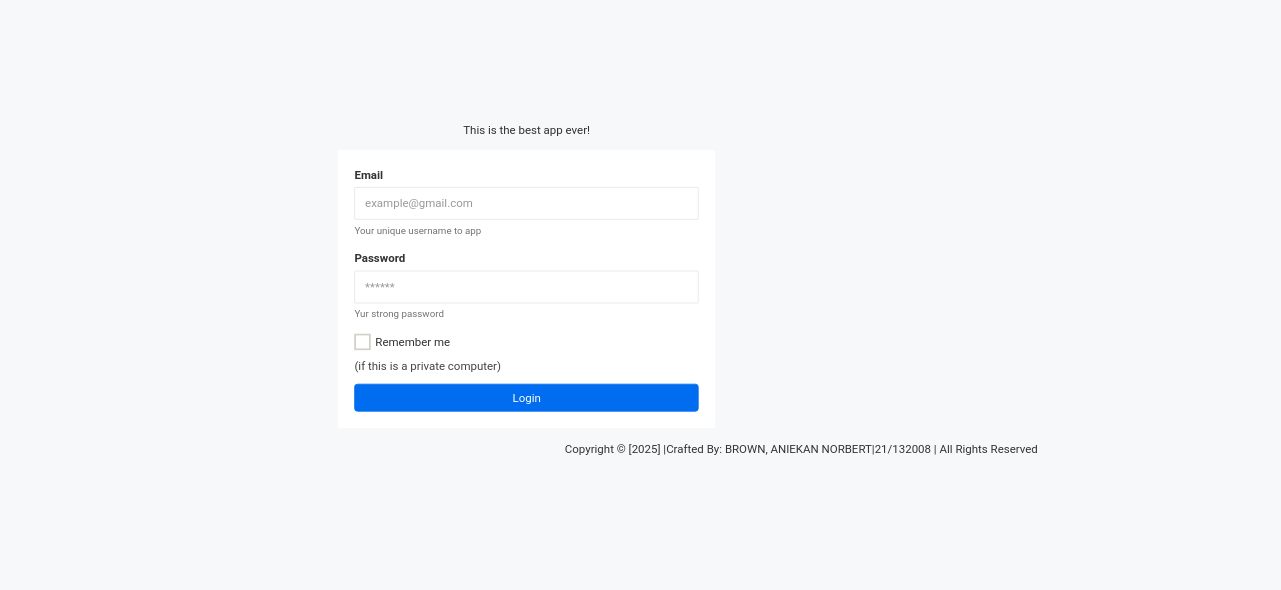
Repository: walterjnr1/crowdfunding-system
Page: http://localhost/Admin/login.php
These files come from the project's save history. The page is drawn as it stood at one moment and after a run of saves; the edit follows.
The browser window is 1280 px wide. The page is 1562 px wide, then 1280 px, so the pictures cover 1562 px, including what lies to the right of the window. The pictures show the whole page, at 82% of full size.
Some web fonts or font styles are not loaded; a fallback is used. The page is run by PHP 8.4 with error messages shown; the project is at /var/www/html/. Other server files are loaded and not shown.

Above is the page before, as saved 2025-02-20 12:05:10.

### Admin/login.php
<!doctype html>
<html class="no-js" lang="en">

<head>
    <meta charset="utf-8">
    <meta http-equiv="x-ua-compatible" content="ie=edge">
    <title>Login</title>
    <meta name="description" content="">
    <meta name="viewport" content="width=device-width, initial-scale=1">
    <!-- favicon
		============================================ -->
    <link rel="icon" type="image/png" sizes="16x16" href="../uploadImage/Logo/logo.png">
    <!-- Google Fonts
		============================================ -->
    <link href="https://fonts.googleapis.com/css?family=Play:400,700" rel="stylesheet">
    <!-- Bootstrap CSS
		============================================ -->
    <link rel="stylesheet" href="css/bootstrap.min.css">
    <!-- Bootstrap CSS
		============================================ -->
    <link rel="stylesheet" href="css/font-awesome.min.css">
    <!-- owl.carousel CSS
		============================================ -->
    <link rel="stylesheet" href="css/owl.carousel.css">
    <link rel="stylesheet" href="css/owl.theme.css">
    <link rel="stylesheet" href="css/owl.transitions.css">
    <!-- animate CSS
		============================================ -->
    <link rel="stylesheet" href="css/animate.css">
    <!-- normalize CSS
		============================================ -->
    <link rel="stylesheet" href="css/normalize.css">
    <!-- main CSS
		============================================ -->
    <link rel="stylesheet" href="css/main.css">
    <!-- morrisjs CSS
		============================================ -->
    <link rel="stylesheet" href="css/morrisjs/morris.css">
    <!-- mCustomScrollbar CSS
		============================================ -->
    <link rel="stylesheet" href="css/scrollbar/jquery.mCustomScrollbar.min.css">
    <!-- metisMenu CSS
		============================================ -->
    <link rel="stylesheet" href="css/metisMenu/metisMenu.min.css">
    <link rel="stylesheet" href="css/metisMenu/metisMenu-vertical.css">
    <!-- calendar CSS
		============================================ -->
    <link rel="stylesheet" href="css/calendar/fullcalendar.min.css">
    <link rel="stylesheet" href="css/calendar/fullcalendar.print.min.css">
    <!-- forms CSS
		============================================ -->
    <link rel="stylesheet" href="css/form/all-type-forms.css">
    <!-- style CSS
		============================================ -->
    <link rel="stylesheet" href="style.css">
    <!-- responsive CSS
		============================================ -->
    <link rel="stylesheet" href="css/responsive.css">
    <!-- modernizr JS
		============================================ -->
    <script src="js/vendor/modernizr-2.8.3.min.js"></script>
</head>

<body>
    <!--[if lt IE 8]>
		<p class="browserupgrade">You are using an <strong>outdated</strong> browser. Please <a href="http://browsehappy.com/">upgrade your browser</a> to improve your experience.</p>
	<![endif]-->
	<div class="error-pagewrap">
		<div class="error-page-int">
			<div class="text-center m-b-md custom-login">
				<p>This is the best app ever!</p>
			</div>
			<div class="content-error">
				<div class="hpanel">
                    <div class="panel-body">
                        <form action="#" id="loginForm">
                            <div class="form-group">
                                <label class="control-label" for="username">Email</label>
                                <input type="text" placeholder="example@gmail.com" title="Please enter you username" required="" value="" name="username" id="username" class="form-control">
                                <span class="help-block small">Your unique username to app</span>
                            </div>
                            <div class="form-group">
                                <label class="control-label" for="password">Password</label>
                                <input type="password" title="Please enter your password" placeholder="******" required="" value="" name="password" id="password" class="form-control">
                                <span class="help-block small">Yur strong password</span>
                            </div>
                            <div class="checkbox login-checkbox">
                                <label>
										<input type="checkbox" class="i-checks"> Remember me </label>
                                <p class="help-block small">(if this is a private computer)</p>
                            </div>
                            <button class="btn btn-success btn-block loginbtn">Login</button>
                        </form>
                    </div>
                </div>
			</div>
			<div class="text-center login-footer">
<?php include('../inc/footer.php');?>
			</div>
		</div>
    </div>
    <!-- jquery
		============================================ -->
    <script src="js/vendor/jquery-1.12.4.min.js"></script>
    <!-- bootstrap JS
		============================================ -->
    <script src="js/bootstrap.min.js"></script>
    <!-- wow JS
		============================================ -->
    <script src="js/wow.min.js"></script>
    <!-- price-slider JS
		============================================ -->
    <script src="js/jquery-price-slider.js"></script>
    <!-- meanmenu JS
		============================================ -->
    <script src="js/jquery.meanmenu.js"></script>
    <!-- owl.carousel JS
		============================================ -->
    <script src="js/owl.carousel.min.js"></script>
    <!-- sticky JS
		============================================ -->
    <script src="js/jquery.sticky.js"></script>
    <!-- scrollUp JS
		============================================ -->
    <script src="js/jquery.scrollUp.min.js"></script>
    <!-- mCustomScrollbar JS
		============================================ -->
    <script src="js/scrollbar/jquery.mCustomScrollbar.concat.min.js"></script>
    <script src="js/scrollbar/mCustomScrollbar-active.js"></script>
    <!-- metisMenu JS
		============================================ -->
    <script src="js/metisMenu/metisMenu.min.js"></script>
    <script src="js/metisMenu/metisMenu-active.js"></script>
    <!-- tab JS
		============================================ -->
    <script src="js/tab.js"></script>
    <!-- icheck JS
		============================================ -->
    <script src="js/icheck/icheck.min.js"></script>
    <script src="js/icheck/icheck-active.js"></script>
    <!-- plugins JS
		============================================ -->
    <script src="js/plugins.js"></script>
    <!-- main JS
		============================================ -->
    <script src="js/main.js"></script>
    <!-- tawk chat JS
		============================================ -->
    <script src="js/tawk-chat.js"></script>
</body>

</html>

### inc/footer.php
<footer class="footer">
        <div class="container">
            <p class="m-0"> Copyright &copy; [<?php echo date("Y")?>] |Crafted By: BROWN, ANIEKAN NORBERT|21/132008 | All Rights Reserved </p>
        </div>
    </footer>

### Admin/css/main.css
/*! HTML5 Boilerplate v5.2.0 | MIT License | https://html5boilerplate.com/ */

/*
 * What follows is the result of much research on cross-browser styling.
 * Credit left inline and big thanks to Nicolas Gallagher, Jonathan Neal,
 * Kroc Camen, and the H5BP dev community and team.
 */

/* ==========================================================================
   Base styles: opinionated defaults
   ========================================================================== */

html {
    color: #222;
    font-size: 1em;
    line-height: 1.4;
}

/*
 * Remove text-shadow in selection highlight:
 * https://twitter.com/miketaylr/status/12228805301
 *
 * These selection rule sets have to be separate.
 * Customize the background color to match your design.
 */

::-moz-selection {
    background: #b3d4fc;
    text-shadow: none;
}

::selection {
    background: #b3d4fc;
    text-shadow: none;
}

/*
 * A better looking default horizontal rule
 */

hr {
    display: block;
    height: 1px;
    border: 0;
    border-top: 1px solid #ccc;
    margin: 1em 0;
    padding: 0;
}

/*
 * Remove the gap between audio, canvas, iframes,
 * images, videos and the bottom of their containers:
 * https://github.com/h5bp/html5-boilerplate/issues/440
 */

audio,
canvas,
iframe,
img,
svg,
video {
    vertical-align: middle;
}

/*
 * Remove default fieldset styles.
 */

fieldset {
    border: 0;
    margin: 0;
    padding: 0;
}

/*
 * Allow only vertical resizing of textareas.
 */

textarea {
    resize: vertical;
}

/* ==========================================================================
   Browser Upgrade Prompt
   ========================================================================== */

.browserupgrade {
    margin: 0.2em 0;
    background: #ccc;
    color: #000;
    padding: 0.2em 0;
}

/* ==========================================================================
   Author's custom styles
   ========================================================================== */

















/* ==========================================================================
   Helper classes
   ========================================================================== */

/*
 * Hide visually and from screen readers:
 */

.hidden {
    display: none !important;
}

/*
 * Hide only visually, but have it available for screen readers:
 * http://snook.ca/archives/html_and_css/hiding-content-for-accessibility
 */

.visuallyhidden {
    border: 0;
    clip: rect(0 0 0 0);
    height: 1px;
    margin: -1px;
    overflow: hidden;
    padding: 0;
    position: absolute;
    width: 1px;
}

/*
 * Extends the .visuallyhidden class to allow the element
 * to be focusable when navigated to via the keyboard:
 * https://www.drupal.org/node/897638
 */

.visuallyhidden.focusable:active,
.visuallyhidden.focusable:focus {
    clip: auto;
    height: auto;
    margin: 0;
    overflow: visible;
    position: static;
    width: auto;
}

/*
 * Hide visually and from screen readers, but maintain layout
 */

.invisible {
    visibility: hidden;
}

/*
 * Clearfix: contain floats
 *
 * For modern browsers
 * 1. The space content is one way to avoid an Opera bug when the
 *    `contenteditable` attribute is included anywhere else in the document.
 *    Otherwise it causes space to appear at the top and bottom of elements
 *    that receive the `clearfix` class.
 * 2. The use of `table` rather than `block` is only necessary if using
 *    `:before` to contain the top-margins of child elements.
 */

.clearfix:before,
.clearfix:after {
    content: " "; /* 1 */
    display: table; /* 2 */
}

.clearfix:after {
    clear: both;
}

/* ==========================================================================
   EXAMPLE Media Queries for Responsive Design.
   These examples override the primary ('mobile first') styles.
   Modify as content requires.
   ========================================================================== */

@media only screen and (min-width: 35em) {
    /* Style adjustments for viewports that meet the condition */
}

@media print,
       (-webkit-min-device-pixel-ratio: 1.25),
       (min-resolution: 1.25dppx),
       (min-resolution: 120dpi) {
    /* Style adjustments for high resolution devices */
}

/* ==========================================================================
   Print styles.
   Inlined to avoid the additional HTTP request:
   http://www.phpied.com/delay-loading-your-print-css/
   ========================================================================== */

@media print {
    *,
    *:before,
    *:after {
        background: transparent !important;
        color: #000 !important; /* Black prints faster:
                                   http://www.sanbeiji.com/archives/953 */
        box-shadow: none !important;
        text-shadow: none !important;
    }

    a,
    a:visited {
        text-decoration: underline;
    }

    a[href]:after {
        content: " (" attr(href) ")";
    }

    abbr[title]:after {
        content: " (" attr(title) ")";
    }

    /*
     * Don't show links that are fragment identifiers,
     * or use the `javascript:` pseudo protocol
     */

    a[href^="#"]:after,
    a[href^="javascript:"]:after {
        content: "";
    }

    pre,
    blockquote {
        border: 1px solid #999;
        page-break-inside: avoid;
    }

    /*
     * Printing Tables:
     * http://css-discuss.incutio.com/wiki/Printing_Tables
     */

    thead {
        display: table-header-group;
    }

    tr,
    img {
        page-break-inside: avoid;
    }

    img {
        max-width: 100% !important;
    }

    p,
    h2,
    h3 {
        orphans: 3;
        widows: 3;
    }

    h2,
    h3 {
        page-break-after: avoid;
    }
}

### Admin/css/metisMenu/metisMenu-vertical.css
.sidebar-nav {
    background: #fff;
}
.sidebar-nav ul {
    padding: 0;
    margin: 0;
    list-style: none;
    background: #f5f5f5;
}
.sidebar-nav .metismenu {
    background: #fff;
    display: -webkit-box;
    display: -ms-flexbox;
    display: flex;
    -webkit-box-orient: vertical;
    -webkit-box-direction: normal;
    -ms-flex-direction: column;
    flex-direction: column;
}
.sidebar-nav .metismenu li + li {
  margin-top: 5px;
}
.sidebar-nav .metismenu li:last-child {
  margin-bottom: 5px;
}
.sidebar-nav .metismenu > li {
/*    -webkit-box-flex: 1;
    -ms-flex: 1 1 0%;
    flex: 1 1 0%;*/
    display: -webkit-box;
    display: -ms-flexbox;
    display: flex;
    -webkit-box-orient: vertical;
    -webkit-box-direction: normal;
    -ms-flex-direction: column;
    flex-direction: column;
    position: relative;
}
.sidebar-nav .metismenu a {
    position: relative;
    display: block;
    padding: 13px 15px;
    color: #444;
    outline-width: 0;
    transition: all .3s ease-out;
	font-size:16px;
	font-weight:400;
}

.sidebar-nav .metismenu ul a {
    padding: 10px 15px 10px 40px;
}

.sidebar-nav .metismenu ul ul a {
    padding: 10px 15px 10px 45px;
}
.sidebar-nav .metismenu a:hover,
.sidebar-nav .metismenu a:focus,
.sidebar-nav .metismenu a:active {
    color: #555;
    text-decoration: none;
    background: #e12503;
}
.sidebar-nav .metismenu li .icon-wrap{
	margin-right:5px;
	font-size:20px;
	color:#303030;
}
.sidebar-nav .metismenu li .sub-icon-mg{
	margin-right:5px;
	font-size:16px;
}
#sidebar.active .metismenu li .mini-click-non{
	display:none;
}
#sidebar.active .metismenu li .has-arrow:after{
	display:none;
}
#sidebar.active .metismenu li .submenu-angle li a {
    padding: 10px 20px 10px 20px;
}

Loaded but not shown: Admin/css/bootstrap.min.css (library); Admin/css/font-awesome.min.css (library); Admin/css/owl.carousel.css (common file); Admin/css/owl.theme.css (common file); Admin/css/owl.transitions.css (library); Admin/css/animate.css (library); Admin/css/normalize.css (library); Admin/css/morrisjs/morris.css (common file); Admin/css/scrollbar/jquery.mCustomScrollbar.min.css (library); Admin/css/metisMenu/metisMenu.min.css (common file); Admin/css/calendar/fullcalendar.min.css (library); Admin/css/calendar/fullcalendar.print.min.css (common file); Admin/css/form/all-type-forms.css (library); Admin/js/bootstrap.min.js (library); Admin/js/wow.min.js (library); Admin/js/jquery-price-slider.js (library); Admin/js/jquery.meanmenu.js (library); Admin/js/owl.carousel.min.js (library); Admin/js/jquery.sticky.js (library); Admin/js/jquery.scrollUp.min.js (common file); Admin/js/scrollbar/jquery.mCustomScrollbar.concat.min.js (library); Admin/js/metisMenu/metisMenu.min.js (library); Admin/js/metisMenu/metisMenu-active.js (common file); Admin/js/icheck/icheck.min.js (library); Admin/js/icheck/icheck-active.js (common file); Admin/js/tawk-chat.js (common file); Admin/js/tab.js (155 lines, source omitted); Admin/js/main.js (100 lines, source omitted); Admin/js/scrollbar/mCustomScrollbar-active.js (58 lines, source omitted); Admin/js/plugins.js (24 lines, source omitted); Admin/style.css (4721 lines, source omitted); Admin/css/responsive.css (755 lines, source omitted)

After the next 3 saves:
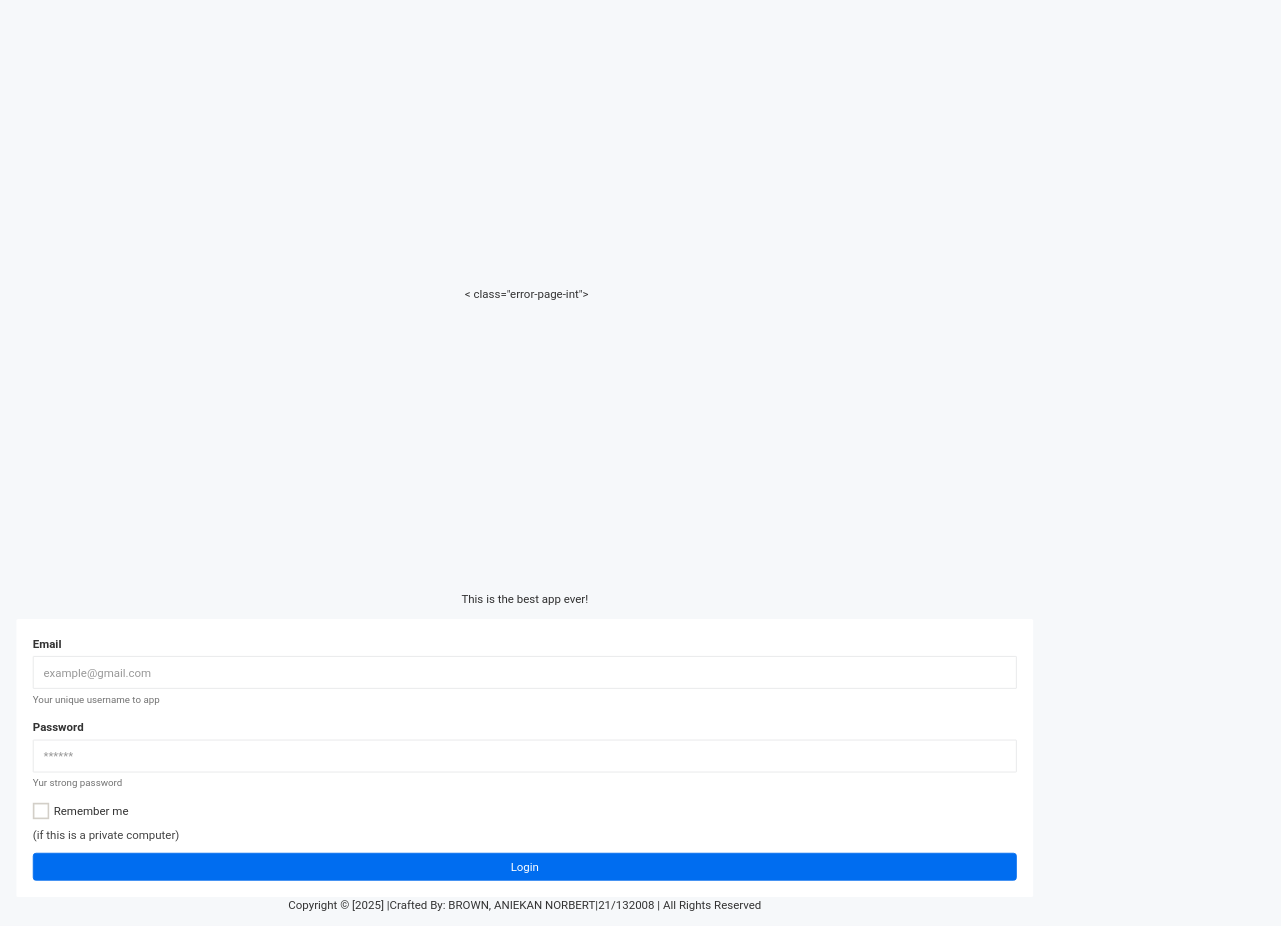
The 3 saves are shown as one change because they came seconds apart.
The last was saved 24 s later.
--- a/Admin/login.php
+++ b/Admin/login.php
@@ -66,7 +66,7 @@
 		<p class="browserupgrade">You are using an <strong>outdated</strong> browser. Please <a href="http://browsehappy.com/">upgrade your browser</a> to improve your experience.</p>
 	<![endif]-->
 	<div class="error-pagewrap">
-		<div class="error-page-int">
+		< class="error-page-int">
 			<div class="text-center m-b-md custom-login">
 				<p>This is the best app ever!</p>
 			</div>
@@ -94,9 +94,8 @@
                     </div>
                 </div>
 			</div>
-			<div class="text-center login-footer">
 <?php include('../inc/footer.php');?>
-			</div>
+
 		</div>
     </div>
     <!-- jquery
